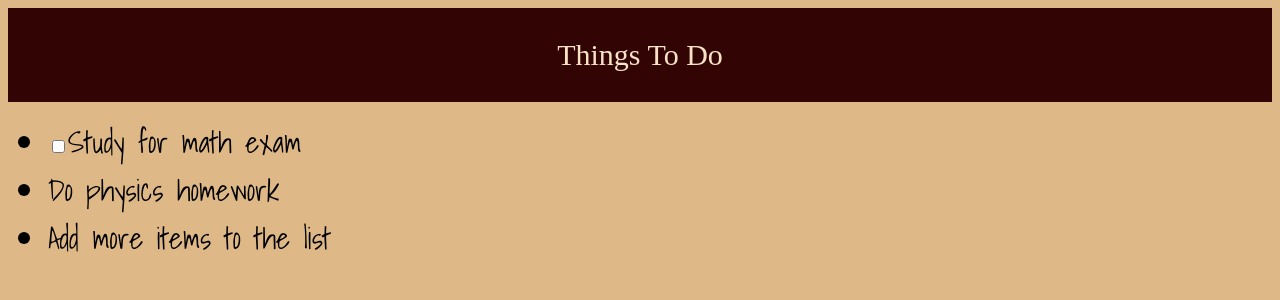
Repository: riya10483/pomodoro
Page: todo.html
An editor plug-in stored every save of this project. The page is shown before and after a run of saves, followed by the edit.
The browser window is 1280 px wide. The pictures show the whole page.
Some web fonts or font styles are not loaded; a fallback is used.

Above is the page before, as saved 2024-09-28 18:55:54.

After the next 2 saves:
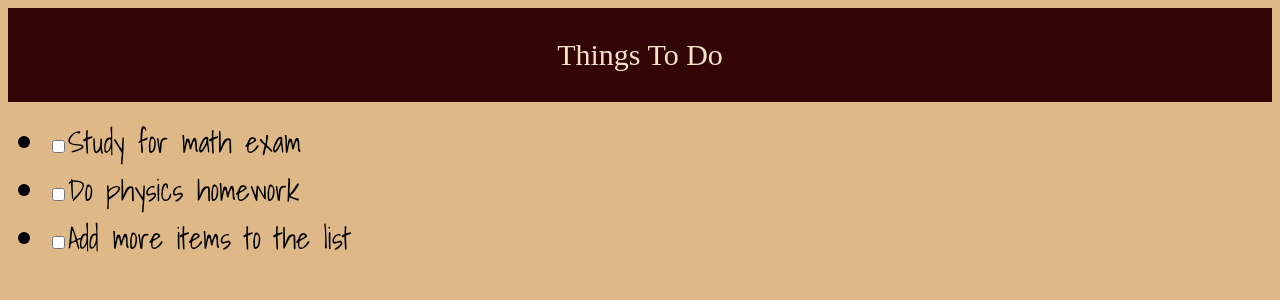
The 2 saves are shown as one change because they came seconds apart.
The last was saved 20 s later.
--- a/todo.html
+++ b/todo.html
@@ -19,8 +19,8 @@
     <div id="header">Things To Do</div>
     <ul>
         <li><input type="checkbox">Study for math exam</li>
-        <li>Do physics homework</li>
-        <li>Add more items to the list</li>
+        <li><input type="checkbox">Do physics homework</li>
+        <li><input type="checkbox">Add more items to the list</li>
     </ul>
 </body>
 </html>
